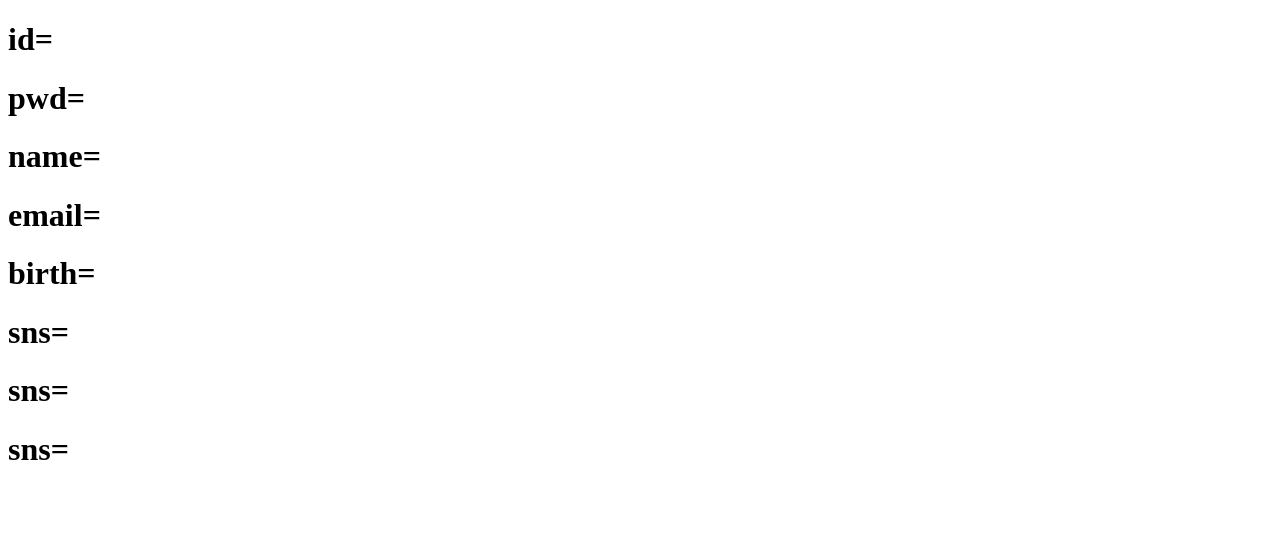
Repository: ReneeKang/Spring_jungsuk
Page: http://localhost/ch2/registerInfo.jsp
An editor plug-in stored every save of this project. The page is shown before and after the next save, followed by the edit.
The browser window is 1280 px wide. The pictures show the whole page.
The page is served by Tomcat 9.

Above is the page before, as saved 2022-04-11 12:40:03.

After the next save:
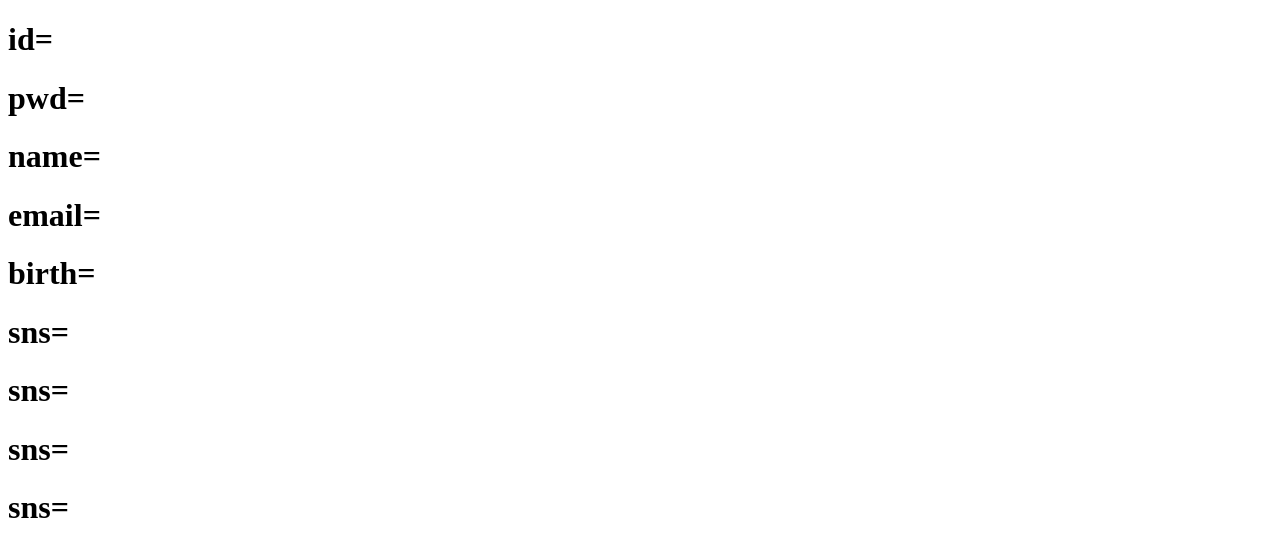
Saved 16 s later.
--- a/ch2/src/main/webapp/registerInfo.jsp
+++ b/ch2/src/main/webapp/registerInfo.jsp
@@ -12,6 +12,7 @@
 <h1>name=${param.name}</h1>
 <h1>email=${param.email}</h1>
 <h1>birth=${param.birth}</h1>
+<h1>sns=${paramValues.sns}</h1>
 <h1>sns=${paramValues.sns[0]}</h1>
 <h1>sns=${paramValues.sns[1]}</h1>
 <h1>sns=${paramValues.sns[2]}</h1>
